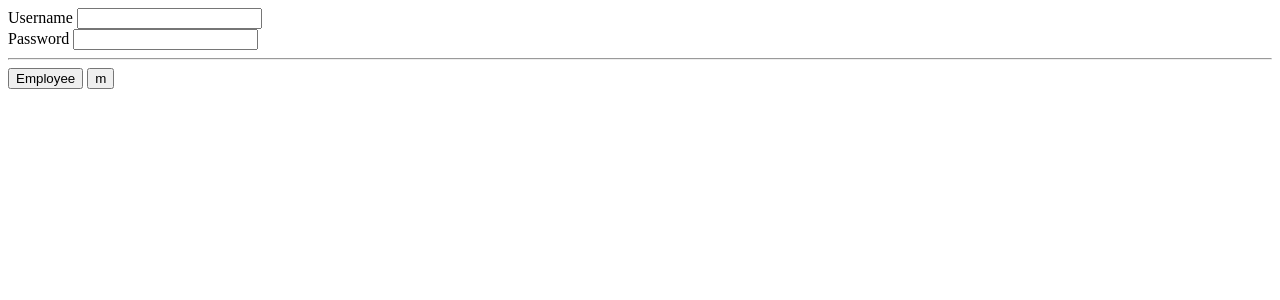
Repository: mavn2/ERS
Page: APP/ExpenseReimbursementSystem/src/main/webapp/index.html
The author's editor kept a copy of each file at every save. The page is drawn from the files as they stood at one save, then again after the next save.
The browser window is 1280 px wide. The pictures show the whole page.

Above is the page before, as saved 2021-03-30 02:27:02.

### APP/ExpenseReimbursementSystem/src/main/webapp/index.html
<!DOCTYPE html>
<html>
<head>
<meta charset="UTF-8">
<title>Insert title here</title>
</head>
<body>
	<form action="login" method="post">
		<label for="username">Username</label>
		<input type="text" name="username" />
		<br/>
		<label for="password">Password</label>
		<input type="text" name="password" />
		<hr/>
		<!-- <input type="submit" name="type" value="e" /> -->
		<button type="submit" name="type" value="e">Employee</button>
		<input type="submit" name="type" value="m"/>
	</form>
</body>
</html>

After the next save:
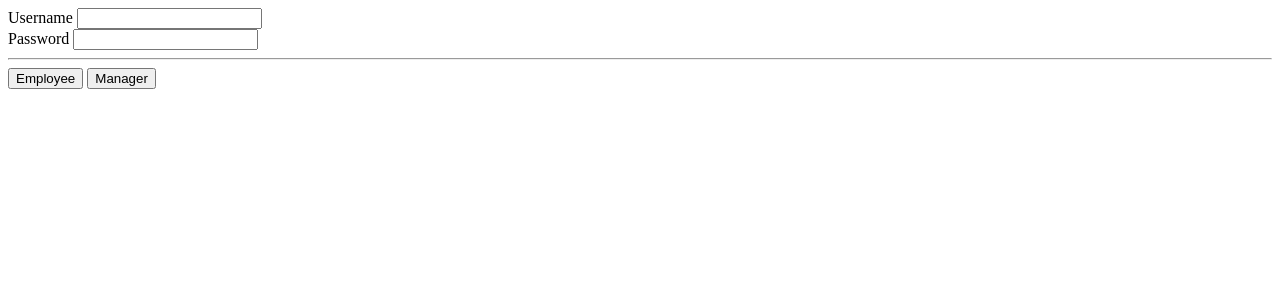
Saved 25 s later.
--- a/APP/ExpenseReimbursementSystem/src/main/webapp/index.html
+++ b/APP/ExpenseReimbursementSystem/src/main/webapp/index.html
@@ -14,7 +14,9 @@
 		<hr/>
 		<!-- <input type="submit" name="type" value="e" /> -->
 		<button type="submit" name="type" value="e">Employee</button>
-		<input type="submit" name="type" value="m"/>
+<!-- 		<input type="submit" name="type" value="m"/>
+ -->		<button type="submit" name="type" value="m">Manager</button>
+
 	</form>
 </body>
 </html>
